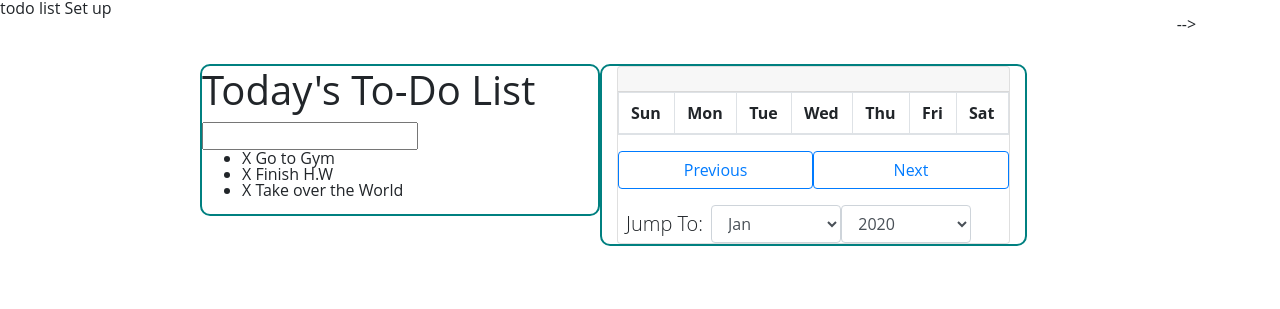
Repository: kkyler24/DayPlanner
Page: Index.html
An editor plug-in stored every save of this project. The page is shown before and after the next save, followed by the edit.
The browser window is 1280 px wide. The pictures show the whole page.
Some web libraries are served in a nearby version.

Above is the page before, as saved 2020-03-29 19:40:55.

After the next save:
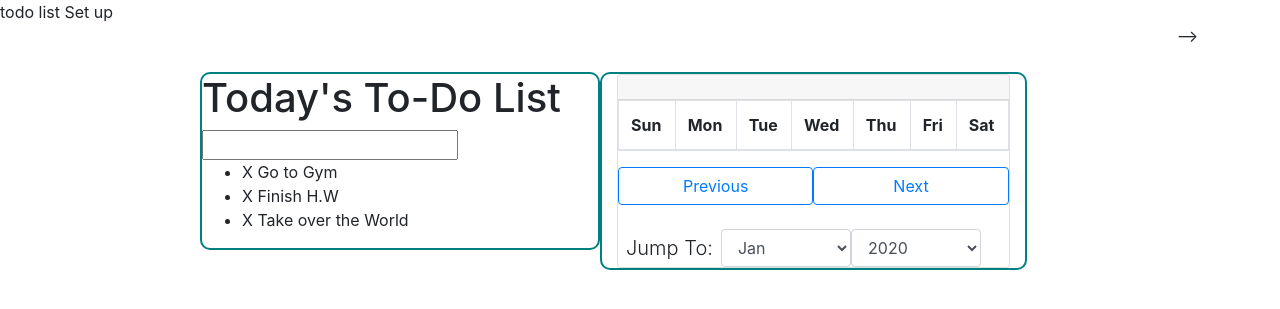
Saved 23 s later.
--- a/Assets/todocss/todostyles.css
+++ b/Assets/todocss/todostyles.css
@@ -9,7 +9,7 @@
 }
 
 
-/* Planner */
+/* Planner
 body {
   font-family: 'Open Sans', sans-serif;
   font-size: 16px;
@@ -80,4 +80,4 @@ textarea{
 .saveBtn i:hover {
   font-size: 20px;
   transition: all .3s ease-in-out;
-}
+} */
